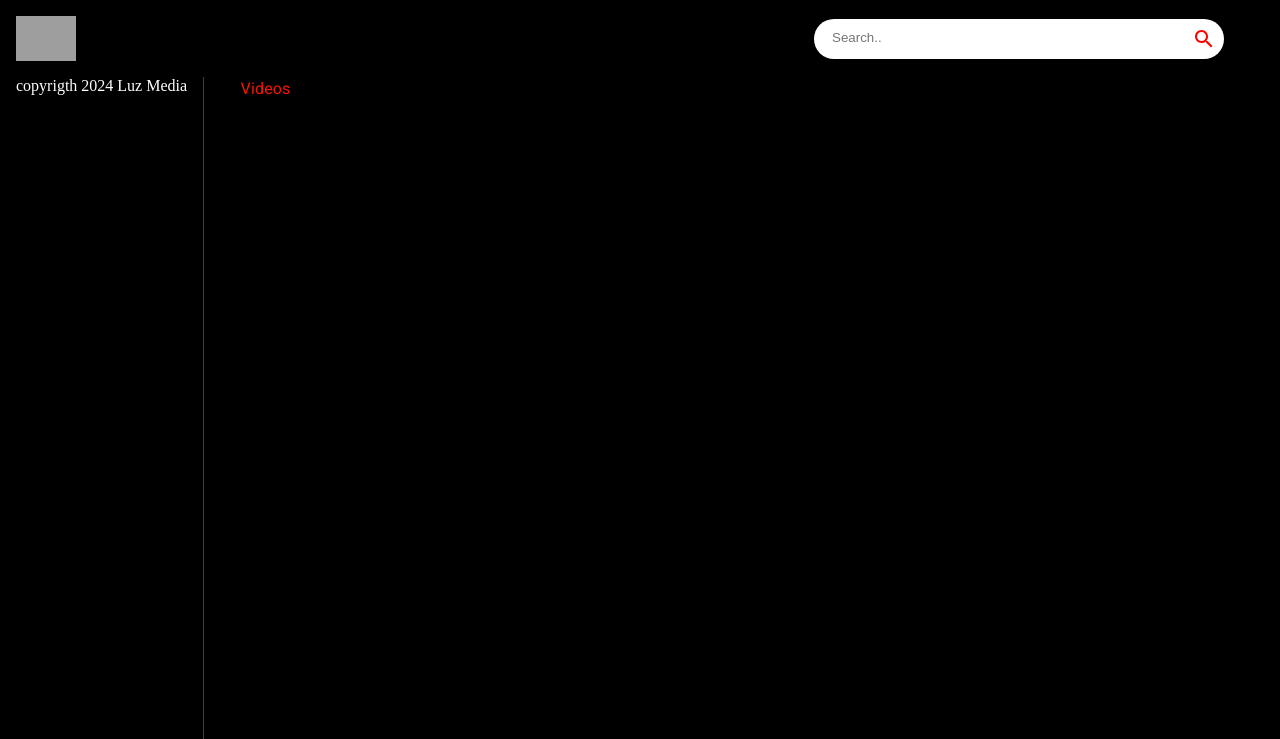
Repository: Arteinsana7/youtube_clone
Page: /
An editor plug-in stored every save of this project. The page is shown before and after a run of saves, followed by the edit.
The browser window is 1280 px wide. The pictures show the whole page.
Pictures or frames that could not be fetched are drawn as grey boxes. The project was rebuilt for these pictures with package versions that can differ from the ones it lists, and the page was loaded fresh each time. Also part of the build but not shown: src/components/ChannelDetail.jsx, src/components/SearchFeed.jsx, src/components/VideoDetail.jsx.

Above is the page before, as saved 2024-06-04 13:11:05.

After the next 2 saves:
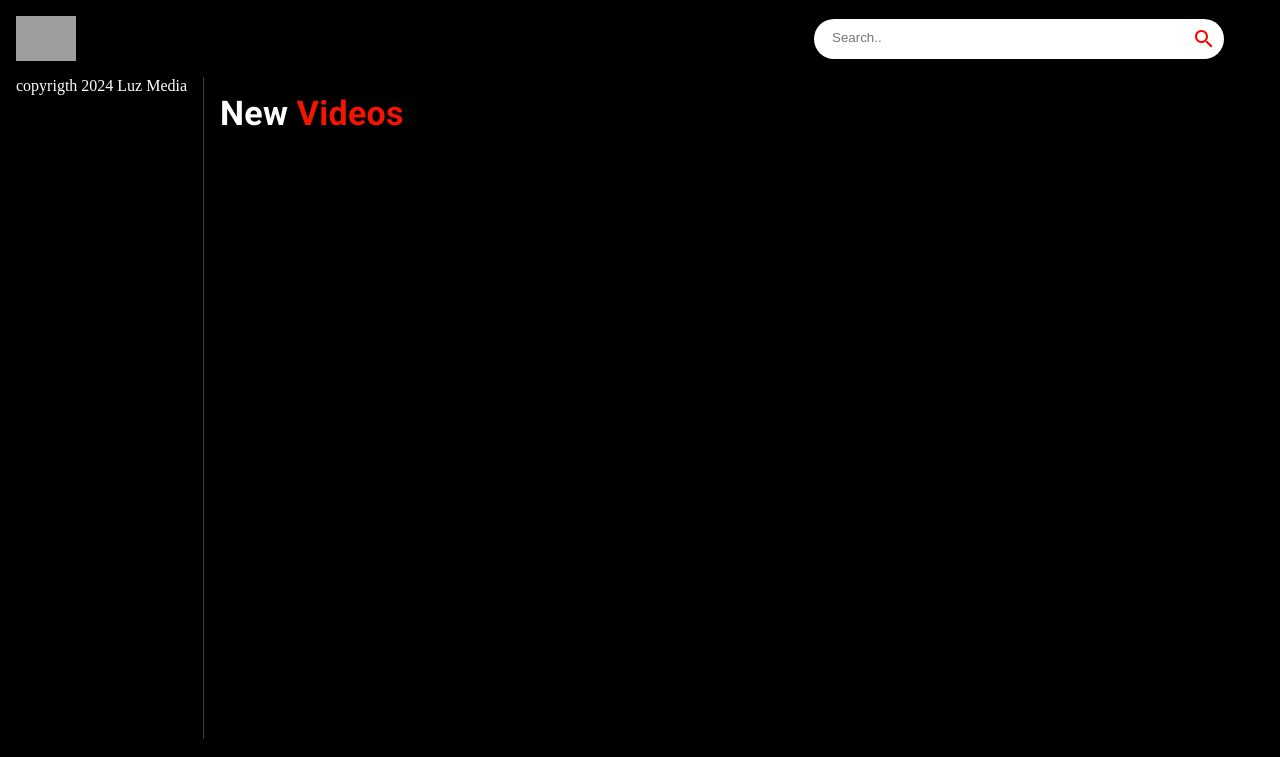
The 2 saves are shown as one change because 1 did not build or start.
The last was saved 5 min 25 s later.
--- a/src/components/Feed.jsx
+++ b/src/components/Feed.jsx
@@ -14,8 +14,8 @@ const Feed = () => {
           copyrigth 2024 Luz Media
         </Typography>
         </Box>
-<Box>
-  <Typography>
+<Box p={2} sx={{ overflowY : 'auto', height: '90vh',flex : 2}}>
+  <Typography variant='h4' fontWeight= 'bold' mb= {2} sx={{color : 'white'}}>
     New <span style={{color : '#F31503' }}>
       Videos
     </span>
